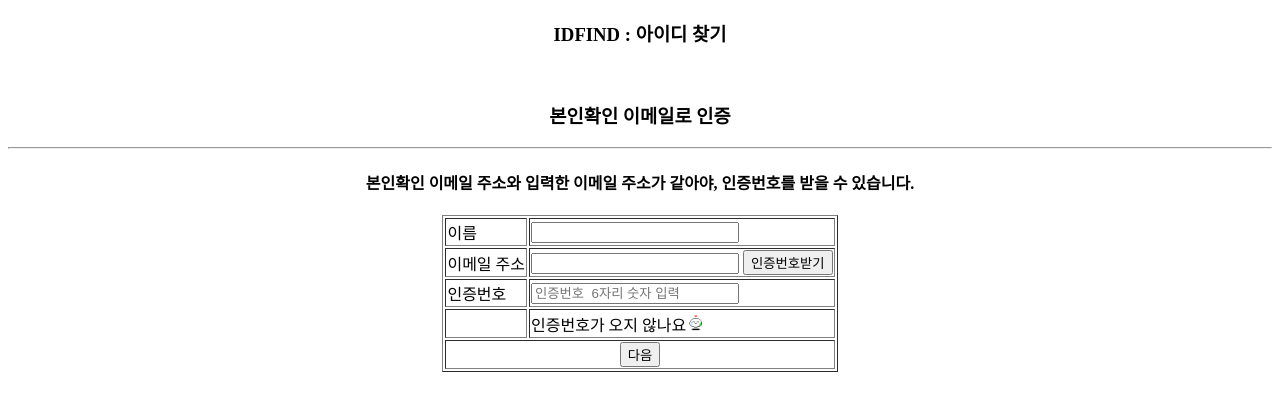
Repository: LetsBeLikeSophie/05_Android
Page: http://localhost/springHbe/WEB-INF/views/login/springIdFindFome.jsp
An editor plug-in stored every save of this project. The page is shown before and after the next save, followed by the edit.
The browser window is 1280 px wide. The pictures show the whole page.
The page is served by Tomcat 9. Nobody is signed in. The template is opened directly, without the code that normally fills it, so the values that code supplies are empty.

Above is the page before, as saved 2021-10-29 07:01:14.

After the next save:
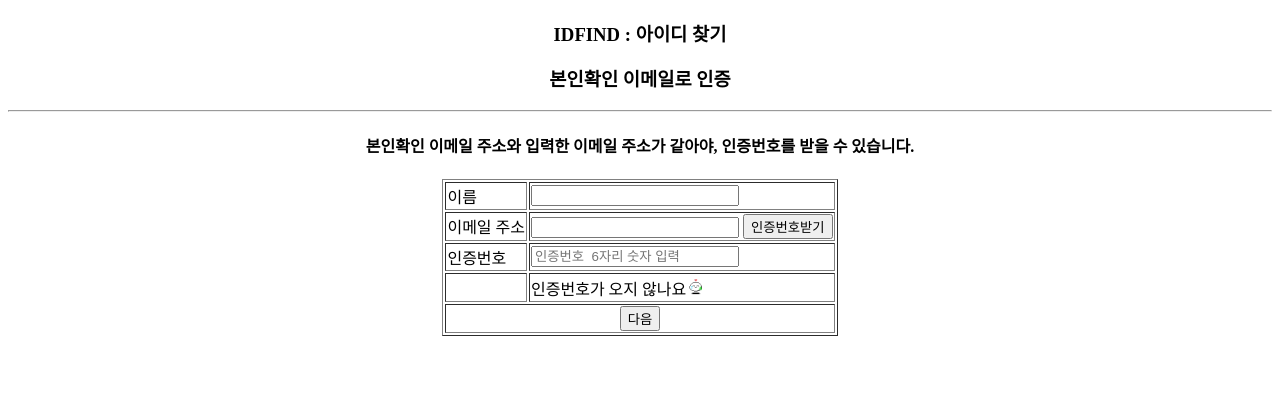
Saved 23 s later.
--- a/211103/el_spring_hbe_work_로그인_세션_메일/springHbe/WebContent/WEB-INF/views/login/springIdFindFome.jsp
+++ b/211103/el_spring_hbe_work_로그인_세션_메일/springHbe/WebContent/WEB-INF/views/login/springIdFindFome.jsp
@@ -42,7 +42,7 @@
 </script>
 </head>
 <body>
-<h3 align="center">IDFIND : 아이디 찾기 </h3><br>
+<h3 align="center">IDFIND : 아이디 찾기 </h3>
 <h3 align="center">본인확인 이메일로 인증</h3>
 <hr>
 <%
